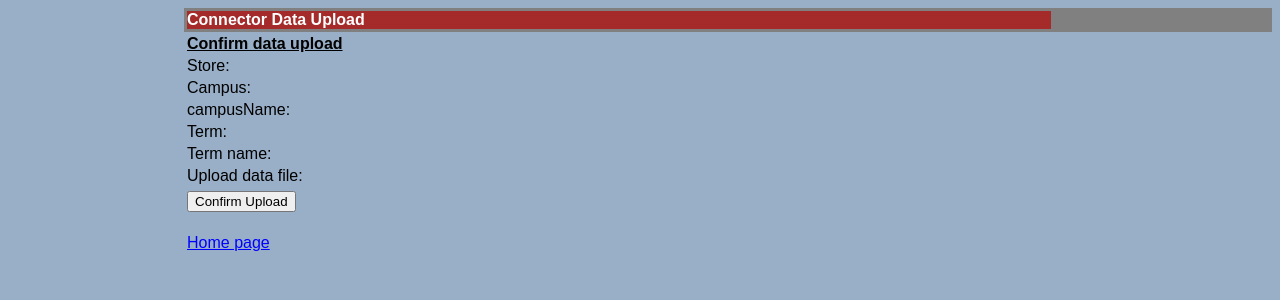
Repository: caditya/Dataupload
Page: http://localhost/connectordata/WEB-INF/views/dataupload.jsp
These files come from the project's save history. The page is drawn as it stood at one moment and after the next save; the edit follows.
The browser window is 1280 px wide. The pictures show the whole page.
Some web libraries are served in a nearby version. The page is served by Tomcat 9. Nobody is signed in. The template is opened directly, without the code that normally fills it, so the values that code supplies are empty.

Above is the page before, as saved 2014-07-21 19:11:01.

After the next save:
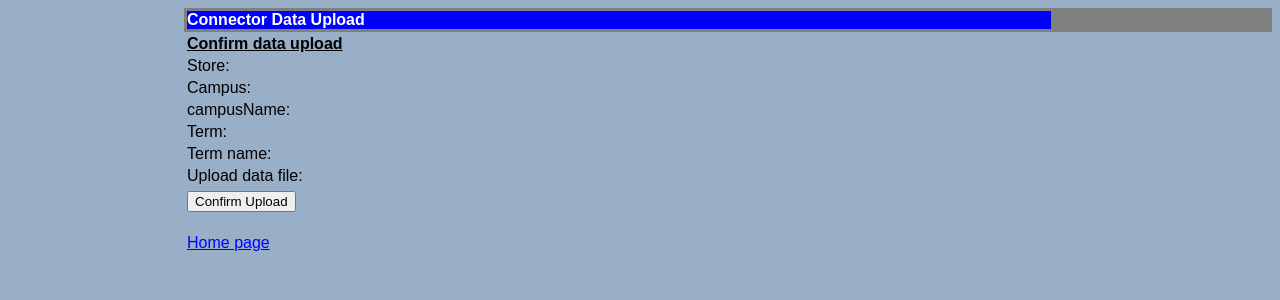
Saved 62 s later.
--- a/QAFileUpload/connectordata/src/main/webapp/resources/css/coffee.css
+++ b/QAFileUpload/connectordata/src/main/webapp/resources/css/coffee.css
@@ -34,7 +34,7 @@ address {
 
 p.pHeading {
  	color: white;
- 	background:brown;
+ 	background:blue;
  }
  td.center {
     /* <http://www.w3.org/wiki/CSS/Properties/text-align>
